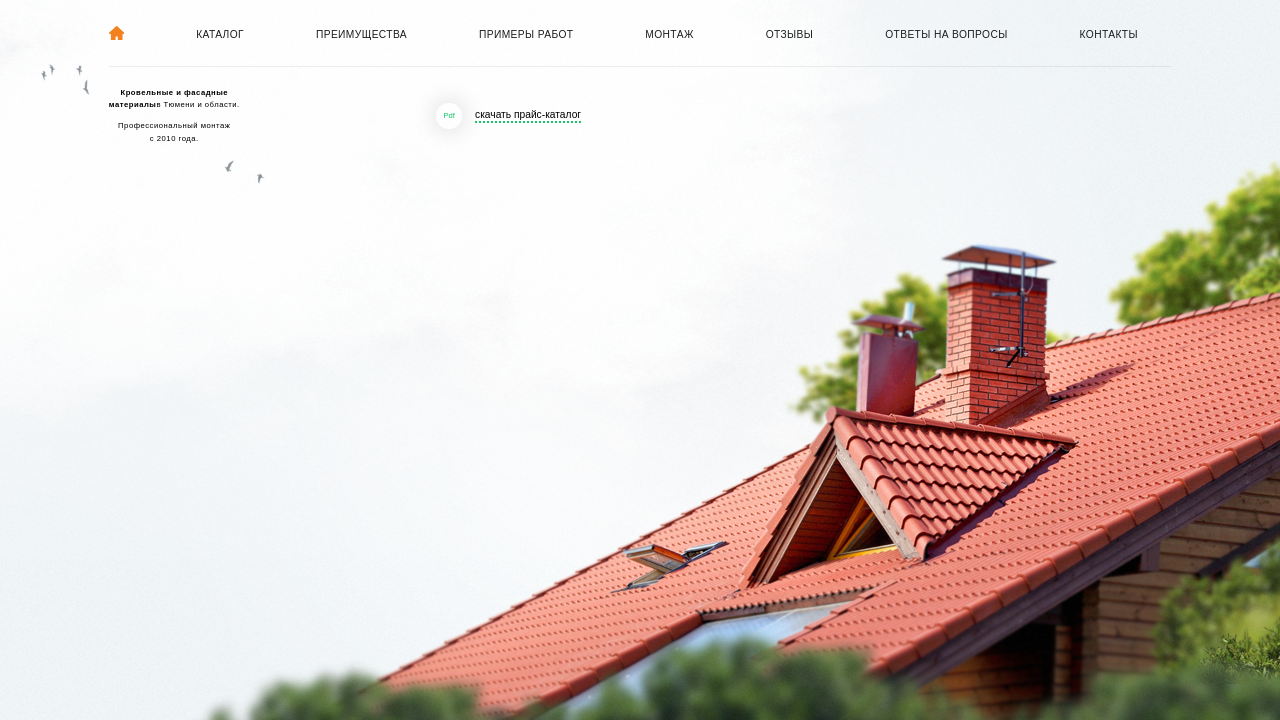
Repository: dima-hacker0/test_task_deyneka
Page: /
The author's editor kept a copy of each file at every save. The page is drawn from the files as they stood at one save, then again after the next save.
The browser window is 1280 px wide. The pictures show the whole page.
The project was rebuilt for these pictures with package versions that can differ from the ones it lists, and the page was loaded fresh each time.

Above is the page before, as saved 2022-06-22 16:17:34.

### src/index.css
/*! normalize.css v8.0.1 | MIT License | github.com/necolas/normalize.css */

/* Document
   ========================================================================== */

/**
 * 1. Correct the line height in all browsers.
 * 2. Prevent adjustments of font size after orientation changes in iOS.
 */
* {
  margin: 0;
  padding: 0;
}

html {
  line-height: 1.15; /* 1 */
  -webkit-text-size-adjust: 100%; /* 2 */
}

/* Sections
   ========================================================================== */

/**
 * Remove the margin in all browsers.
 */

body {
  margin: 0;
  font-family: "Montserrat", sans-serif;
}

/**
 * Render the `main` element consistently in IE.
 */

main {
  display: block;
}

/**
 * Correct the font size and margin on `h1` elements within `section` and
 * `article` contexts in Chrome, Firefox, and Safari.
 */

h1 {
  font-size: 2em;
  margin: 0.67em 0;
}

/* Grouping content
   ========================================================================== */

/**
 * 1. Add the correct box sizing in Firefox.
 * 2. Show the overflow in Edge and IE.
 */

hr {
  box-sizing: content-box; /* 1 */
  height: 0; /* 1 */
  overflow: visible; /* 2 */
}

/**
 * 1. Correct the inheritance and scaling of font size in all browsers.
 * 2. Correct the odd `em` font sizing in all browsers.
 */

pre {
  font-family: monospace, monospace; /* 1 */
  font-size: 1em; /* 2 */
}

/* Text-level semantics
   ========================================================================== */

/**
 * Remove the gray background on active links in IE 10.
 */

a {
  background-color: transparent;
  text-decoration: none;
}

/**
 * 1. Remove the bottom border in Chrome 57-
 * 2. Add the correct text decoration in Chrome, Edge, IE, Opera, and Safari.
 */

abbr[title] {
  border-bottom: none; /* 1 */
  text-decoration: underline; /* 2 */
  text-decoration: underline dotted; /* 2 */
}

/**
 * Add the correct font weight in Chrome, Edge, and Safari.
 */

b,
strong {
  font-weight: bolder;
}

/**
 * 1. Correct the inheritance and scaling of font size in all browsers.
 * 2. Correct the odd `em` font sizing in all browsers.
 */

code,
kbd,
samp {
  font-family: monospace, monospace; /* 1 */
  font-size: 1em; /* 2 */
}

/**
 * Add the correct font size in all browsers.
 */

small {
  font-size: 80%;
}

/**
 * Prevent `sub` and `sup` elements from affecting the line height in
 * all browsers.
 */

sub,
sup {
  font-size: 75%;
  line-height: 0;
  position: relative;
  vertical-align: baseline;
}

sub {
  bottom: -0.25em;
}

sup {
  top: -0.5em;
}

/* Embedded content
   ========================================================================== */

/**
 * Remove the border on images inside links in IE 10.
 */

img {
  border-style: none;
}

/* Forms
   ========================================================================== */

/**
 * 1. Change the font styles in all browsers.
 * 2. Remove the margin in Firefox and Safari.
 */

button,
input,
optgroup,
select,
textarea {
  font-family: inherit; /* 1 */
  font-size: 100%; /* 1 */
  line-height: 1.15; /* 1 */
  margin: 0; /* 2 */
}

/**
 * Show the overflow in IE.
 * 1. Show the overflow in Edge.
 */

button,
input {
  /* 1 */
  overflow: visible;
}

/**
 * Remove the inheritance of text transform in Edge, Firefox, and IE.
 * 1. Remove the inheritance of text transform in Firefox.
 */

button,
select {
  /* 1 */
  text-transform: none;
}

/**
 * Correct the inability to style clickable types in iOS and Safari.
 */

button,
[type="button"],
[type="reset"],
[type="submit"] {
  -webkit-appearance: button;
}

/**
 * Remove the inner border and padding in Firefox.
 */

button::-moz-focus-inner,
[type="button"]::-moz-focus-inner,
[type="reset"]::-moz-focus-inner,
[type="submit"]::-moz-focus-inner {
  border-style: none;
  padding: 0;
}

/**
 * Restore the focus styles unset by the previous rule.
 */

button:-moz-focusring,
[type="button"]:-moz-focusring,
[type="reset"]:-moz-focusring,
[type="submit"]:-moz-focusring {
  outline: 1px dotted ButtonText;
}

/**
 * Correct the padding in Firefox.
 */

fieldset {
  padding: 0.35em 0.75em 0.625em;
}

/**
 * 1. Correct the text wrapping in Edge and IE.
 * 2. Correct the color inheritance from `fieldset` elements in IE.
 * 3. Remove the padding so developers are not caught out when they zero out
 *    `fieldset` elements in all browsers.
 */

legend {
  box-sizing: border-box; /* 1 */
  color: inherit; /* 2 */
  display: table; /* 1 */
  max-width: 100%; /* 1 */
  padding: 0; /* 3 */
  white-space: normal; /* 1 */
}

/**
 * Add the correct vertical alignment in Chrome, Firefox, and Opera.
 */

progress {
  vertical-align: baseline;
}

/**
 * Remove the default vertical scrollbar in IE 10+.
 */

textarea {
  overflow: auto;
}

/**
 * 1. Add the correct box sizing in IE 10.
 * 2. Remove the padding in IE 10.
 */

[type="checkbox"],
[type="radio"] {
  box-sizing: border-box; /* 1 */
  padding: 0; /* 2 */
}

/**
 * Correct the cursor style of increment and decrement buttons in Chrome.
 */

[type="number"]::-webkit-inner-spin-button,
[type="number"]::-webkit-outer-spin-button {
  height: auto;
}

/**
 * 1. Correct the odd appearance in Chrome and Safari.
 * 2. Correct the outline style in Safari.
 */

[type="search"] {
  -webkit-appearance: textfield; /* 1 */
  outline-offset: -2px; /* 2 */
}

/**
 * Remove the inner padding in Chrome and Safari on macOS.
 */

[type="search"]::-webkit-search-decoration {
  -webkit-appearance: none;
}

/**
 * 1. Correct the inability to style clickable types in iOS and Safari.
 * 2. Change font properties to `inherit` in Safari.
 */

::-webkit-file-upload-button {
  -webkit-appearance: button; /* 1 */
  font: inherit; /* 2 */
}

/* Interactive
   ========================================================================== */

/*
 * Add the correct display in Edge, IE 10+, and Firefox.
 */

details {
  display: block;
}

/*
 * Add the correct display in all browsers.
 */

summary {
  display: list-item;
}

/* Misc
   ========================================================================== */

/**
 * Add the correct display in IE 10+.
 */

template {
  display: none;
}

/**
 * Add the correct display in IE 10.
 */

[hidden] {
  display: none;
}

### src/App.jsx
import "./App.css";
import Header from "./components/header/header";
import MainPage from "./components/main_page/main_page";

function App() {
  return (
    <div className="App">
      <Header />
      <MainPage />
    </div>
  );
}

export default App;

### src/App.css
body {
  background-image: url(./images/BG.png);
  background-size: 100vw;
  background-repeat: no-repeat;
  min-height: 100vh;
}

### src/components/header/header.jsx
import Svg from "../../svg/svg";
import classes from "./header.module.css";

const Header = () => {
  return (
    <header className={classes.header}>
      <div className={classes.container}>
        <nav className={classes.navigation}>
          <a href="/">
            <Svg id="house" styles={classes.svg} />
          </a>
          <a href="/" className={classes.linkPage}>
            каталог
          </a>
          <a href="/" className={classes.linkPage}>
            преимущества
          </a>
          <a href="/" className={classes.linkPage}>
            примеры работ
          </a>
          <a href="/" className={classes.linkPage}>
            монтаж
          </a>
          <a href="/" className={classes.linkPage}>
            отзывы
          </a>
          <a href="/" className={classes.linkPage}>
            ответы на вопросы
          </a>
          <a href="/" className={classes.linkPage}>
            контакты
          </a>
        </nav>
      </div>
    </header>
  );
};

export default Header;

### src/components/main_page/main_page.jsx
import classes from "./main_page.module.css";
import TopPanel from "./top_panel/top_panel";

const MainPage = () => {
  return (
    <section className={classes.mainPage}>
      <div className={classes.container}>
        <TopPanel />
      </div>
    </section>
  );
};

export default MainPage;

### src/svg/svg.jsx
const Svg = ({ id, styles }) => {
  switch (id) {
    case "house":
      return (
        <svg
          className={styles}
          viewBox="0 0 23 22"
          fill="none"
          xmlns="http://www.w3.org/2000/svg"
        >
          <path
            d="M22.6129 9.77275L12.2944 0.311896C11.8406 -0.103965 11.1578 -0.103965 10.7041 0.311896L0.385564 9.77275C0.0216964 10.1073 -0.0951005 10.618 0.0800948 11.0791C0.25529 11.5402 0.691032 11.8385 1.18068 11.8385H2.82931V21.3174C2.82931 21.6926 3.13029 22 3.50763 22H9.1633C9.53615 22 9.84162 21.6971 9.84162 21.3174V15.5632H13.1658V21.3174C13.1658 21.6926 13.4668 22 13.8442 22H19.4953C19.8682 22 20.1736 21.6971 20.1736 21.3174V11.8385H21.8223C22.3119 11.8385 22.7432 11.5402 22.9229 11.0791C23.0936 10.618 22.9768 10.1073 22.6129 9.77275Z"
            fill="#F38120"
          />
        </svg>
      );
    case "form":
      return (
        <svg
          width="374"
          height="248"
          viewBox="0 0 374 248"
          fill="none"
          xmlns="http://www.w3.org/2000/svg"
        >
          <g filter="url(#filter0_d_1820_633)">
            <path
              d="M187 25H50V129.073C50 138.022 54.4674 146.474 61.913 151.446C84.4155 166.195 128.097 171.332 157.383 172.99C160.857 173.155 164.167 171.332 165.987 168.349C170.289 161.223 178.065 156.417 187 156.417C195.935 156.417 203.711 161.223 208.013 168.349C209.833 171.332 213.142 173.155 216.617 172.99C245.903 171.167 289.585 166.195 312.087 151.446C319.533 146.474 324 138.188 324 129.073V25H187Z"
              fill="white"
            />
          </g>
          <defs>
            <filter
              id="filter0_d_1820_633"
              x="0"
              y="0"
              width="374"
              height="248"
              filterUnits="userSpaceOnUse"
              color-interpolation-filters="sRGB"
            >
              <feFlood flood-opacity="0" result="BackgroundImageFix" />
              <feColorMatrix
                in="SourceAlpha"
                type="matrix"
                values="0 0 0 0 0 0 0 0 0 0 0 0 0 0 0 0 0 0 127 0"
                result="hardAlpha"
              />
              <feOffset dy="25" />
              <feGaussianBlur stdDeviation="25" />
              <feComposite in2="hardAlpha" operator="out" />
              <feColorMatrix
                type="matrix"
                values="0 0 0 0 0 0 0 0 0 0 0 0 0 0 0 0 0 0 0.03 0"
              />
              <feBlend
                mode="normal"
                in2="BackgroundImageFix"
                result="effect1_dropShadow_1820_633"
              />
              <feBlend
                mode="normal"
                in="SourceGraphic"
                in2="effect1_dropShadow_1820_633"
                result="shape"
              />
            </filter>
          </defs>
        </svg>
      );
    default:
      return <svg></svg>;
  }
};

export default Svg;

### src/components/header/header.module.css
.linkPage {
  text-transform: uppercase;
  font-weight: 500;
  color: #1c1c1c;
  font-size: 0.8vw;
  letter-spacing: 0.03vw;
  transition: 0.4s;
}
.navigation {
  display: flex;
  justify-content: space-between;
  align-items: center;
  max-width: 80.4vw;
  padding-top: 2vw;
  padding-bottom: 1.7vw;
}
.container {
  max-width: 83vw;
  margin: 0 auto;
  border-bottom: 1px solid rgba(0, 0, 0, 0.07);
}
.svg {
  width: 1.2vw;
}
.linkPage:after {
  display: block;
  content: "";
  height: 1px;
  width: 0%;
  background-color: #f38120;
  transition: width 0.4s ease-in-out;
}
.linkPage:hover:after,
.linkPage:focus:after {
  width: 100%;
}
.linkPage:hover {
  color: #f38120;
}

### src/components/main_page/main_page.module.css
.container {
  max-width: 83vw;
  margin: 0 auto;
}

### src/components/main_page/top_panel/top_panel.jsx
import DownloadCatalog from "./download_catalog/download_catalog";
import Materials from "./materials/materials";
import classes from "./top_panel.module.css";

const TopPanel = () => {
  return (
    <div className={classes.items}>
      <Materials />
      <DownloadCatalog />
      <div></div>
      <div></div>
      <div></div>
    </div>
  );
};

export default TopPanel;

### src/components/main_page/top_panel/download_catalog/download_catalog.jsx
import classes from "./download_catalog.module.css";

const DownloadCatalog = () => {
  return (
    <div className={classes.block}>
      <div className={classes.circlePdf}>Pdf</div>
      <p className={classes.downloadСatalog}>скачать прайс-каталог</p>
    </div>
  );
};

export default DownloadCatalog;

### src/components/main_page/top_panel/materials/materials.jsx
import classes from "./materials.module.css";

const Materials = () => {
  return (
    <div className={classes.item}>
      <p className={classes.text}>
        <span className={classes.textMaterials}>
          Кровельные и фасадные <br /> материалы
        </span>
        в Тюмени и области.
      </p>
      <p className={classes.text}>
        Профессиональный монтаж <br /> с 2010 года.
      </p>
    </div>
  );
};

export default Materials;

### src/components/main_page/top_panel/top_panel.module.css
.items {
  padding-top: 1.5vw;
  display: flex;
  justify-content: space-between;
}

### src/components/main_page/top_panel/download_catalog/download_catalog.module.css
.circlePdf {
  color: #12c868;
  font-size: 0.6vw;
  width: 2vw;
  height: 2vw;
  justify-content: center;
  align-items: center;
  display: flex;
  box-shadow: 0px 0px 25px rgb(0 0 0 / 18%);
  border-radius: 50%;
}
.downloadСatalog {
  font-size: 0.8vw;
  border-bottom: 2px dotted #12c868;
}
.block {
  display: flex;
  align-items: center;
  justify-content: space-between;
  width: 11.3vw;
  cursor: pointer;
}

### src/components/main_page/top_panel/materials/materials.module.css
.textMaterials {
  font-weight: 600;
}
.text {
  font-size: 0.6vw;
  letter-spacing: 0.04vw;
  text-align: center;
  line-height: 1vw;
}
.item .text:first-child {
  margin-bottom: 8px;
}

Loaded but not shown: public/index.html (common file); src/index.js (common file)

After the next save:
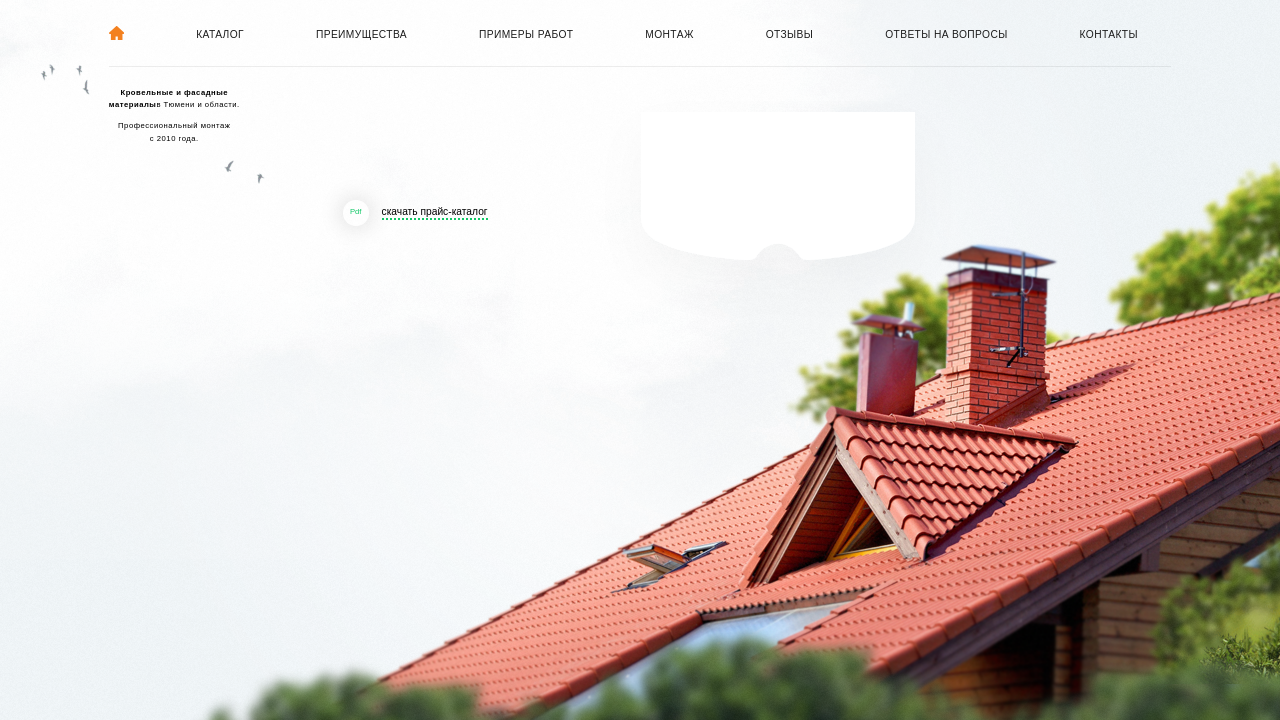
Saved 70 s later.
--- a/src/components/main_page/top_panel/top_panel.jsx
+++ b/src/components/main_page/top_panel/top_panel.jsx
@@ -1,3 +1,4 @@
+import Svg from "../../../svg/svg";
 import DownloadCatalog from "./download_catalog/download_catalog";
 import Materials from "./materials/materials";
 import classes from "./top_panel.module.css";
@@ -7,7 +8,9 @@
     <div className={classes.items}>
       <Materials />
       <DownloadCatalog />
-      <div></div>
+      <div>
+        <Svg id="form" />
+      </div>
       <div></div>
       <div></div>
     </div>

After the 3 saves that followed:
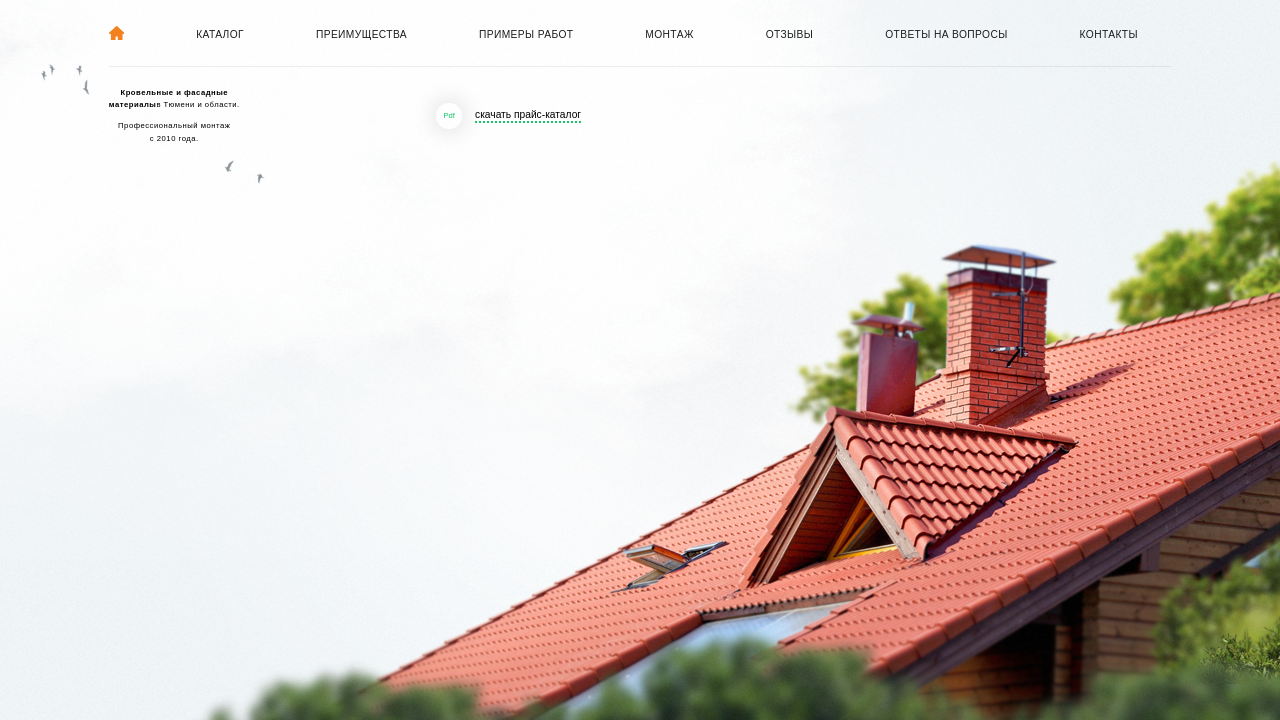
The 3 saves are shown as one change because 2 left the picture as it was.
The last was saved 108 s later.
--- a/src/svg/svg.jsx
+++ b/src/svg/svg.jsx
@@ -17,8 +17,6 @@
     case "form":
       return (
         <svg
-          width="374"
-          height="248"
           viewBox="0 0 374 248"
           fill="none"
           xmlns="http://www.w3.org/2000/svg"
--- a/src/components/main_page/top_panel/top_panel.jsx
+++ b/src/components/main_page/top_panel/top_panel.jsx
@@ -9,7 +9,7 @@
       <Materials />
       <DownloadCatalog />
       <div>
-        <Svg id="form" />
+        <Svg id="form" styles={classes.logo} />
       </div>
       <div></div>
       <div></div>
--- a/src/components/main_page/top_panel/top_panel.module.css
+++ b/src/components/main_page/top_panel/top_panel.module.css
@@ -3,3 +3,6 @@
   display: flex;
   justify-content: space-between;
 }
+.logo {
+  width: 10vw;
+}
